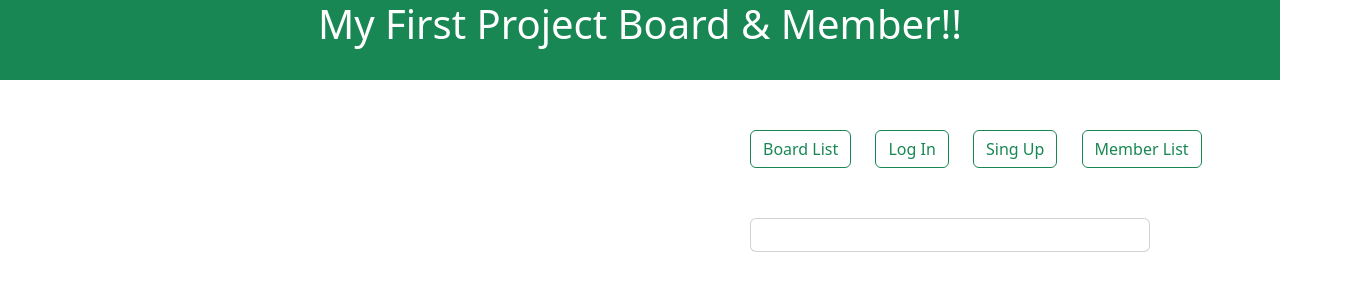
Repository: Raneechoi/java2022_09_03
Page: http://localhost/Project/mem/login_auth
The author's editor kept a copy of each file at every save. The page is drawn from the files as they stood at one save, then again after the next save.
The browser window is 1280 px wide. The page is 1350 px wide, so the pictures cover 1350 px, including what lies to the right of the window. The pictures show the whole page.
The page is served by Tomcat 9. Other server files are loaded and not shown. Queries for data that is not in the repository find no rows.

Above is the page before, as saved 2022-12-08 06:16:25.

### JSP_Board&Member/Project/src/main/webapp/index.jsp
<%@ page language="java" contentType="text/html; charset=UTF-8"
    pageEncoding="UTF-8"%>
<%@ taglib uri="http://java.sun.com/jsp/jstl/core" prefix="c" %>
<!DOCTYPE html>
<html>
<head>
<meta charset="UTF-8">
<title>Insert title here</title>
<!-- CSS only -->
<link href="https://cdn.jsdelivr.net/npm/bootstrap@5.2.2/dist/css/bootstrap.min.css" rel="stylesheet" integrity="sha384-Zenh87qX5JnK2Jl0vWa8Ck2rdkQ2Bzep5IDxbcnCeuOxjzrPF/et3URy9Bv1WTRi" crossorigin="anonymous">
<!-- JavaScript Bundle with Popper -->
<script src="https://cdn.jsdelivr.net/npm/bootstrap@5.2.2/dist/js/bootstrap.bundle.min.js" integrity="sha384-OERcA2EqjJCMA+/3y+gxIOqMEjwtxJY7qPCqsdltbNJuaOe923+mo//f6V8Qbsw3" crossorigin="anonymous"></script>
</head>
<body>
<div style="height: 80px; color:white; background-color: #198754;">
	<h1 style="text-align: center;">My First Project Board & Member!!</h1>
</div>

<div style="width: 600px; display:inline-block; margin-left: 750px; margin-top: 50px;">
		<a href="/bor/pageList" style="margin-right: 20px"><button class="btn btn-outline-success">Board List</button></a>
		<a href="/mem/login" style="margin-right: 20px"><button class="btn btn-outline-success">Log In</button></a>
		<a href="/mem/join" style="margin-right: 20px"><button class="btn btn-outline-success">Sing Up</button></a>
		<a href="/mem/list" ><button class="btn btn-outline-success">Member List</button></a>
</div>

<div class="card" style="width: 400px; display:inline-flex; margin-left: 750px; margin-top: 50px; ">
	 <div class="card-body" style="text-align: center;">
		<c:if test="${ses.email ne null && ses.email ne '' }">
			${ses.email } login 하였습니다. <br>
			계정생성일 : ${ses.reg_at } <br>
			마지막 접속 : ${ses.last_login } <br>
			<a href="/mem/modify?email=${ses.email }"><button type="button" class="btn btn-success" style="margin-top: 20px">회원정보 수정</button></a>
			<a href="/mem/logout?email=${ses.email }"><button type="button" class="btn btn-secondary" style="margin-top: 20px">로그아웃</button></a><br>
		</c:if>

		<c:if test="${ses.email ne null && ses.email ne '' }">
			<a href="/bor/register" ><button class="btn btn-success" style="margin-top: 20px">Board Register</button></a>
			<a href="/bor/list"><button class="btn btn-success" style="margin-top: 20px">My Board List</button></a><br>
		</c:if>
	</div>
</div>

<div style="margin-left: 900px; margin-top: 50px; ">
	<c:if test="${ses.email ne null && ses.email ne '' }">
		<a href="/mem/remove?email=${ses.email }"><button class="btn btn-outline-secondary">회원탈퇴</button></a>
	</c:if>
</div>
</body>
</html>

### JSP_Board&Member/Project/src/main/java/controller/MemberController.java
package controller;

import java.io.IOException;
import java.util.List;

import javax.servlet.RequestDispatcher;
import javax.servlet.ServletException;
import javax.servlet.annotation.WebServlet;
import javax.servlet.http.HttpServlet;
import javax.servlet.http.HttpServletRequest;
import javax.servlet.http.HttpServletResponse;
import javax.servlet.http.HttpSession;

import org.slf4j.Logger;
import org.slf4j.LoggerFactory;

import domain.MemberVO;
import service.MemberService;
import service.MemberServiceImpl;


@WebServlet("/mem/*")
public class MemberController extends HttpServlet {
	private static final long serialVersionUID = 1L;
	private static final Logger log = LoggerFactory.getLogger(MemberController.class);
    private RequestDispatcher rdp;
    private String destPage; //목적지 주소 기록 변수
    private int isOK;

    private MemberService msv; // interface로 생성 - service패키지에

    public MemberController() {
    	msv = new MemberServiceImpl();
    }

	protected void service(HttpServletRequest req, HttpServletResponse res) throws ServletException, IOException {
		req.setCharacterEncoding("utf-8");
		res.setCharacterEncoding("utf-8");
		res.setContentType("text/html; charset=utf-8");

		String uri = req.getRequestURI();
		String path = uri.substring(uri.lastIndexOf("/")+1);

		log.info(">>> URI > "+uri);
		log.info(">>> Path > "+path);
		switch (path) {
		case "login":
			destPage = "/member/login.jsp";
			break;

		case "login_auth":
			try {
				MemberVO mvo = msv.login(
						new MemberVO(
								req.getParameter("email"),
								req.getParameter("pwd")
								));
				log.info("login 객체 input");
				if(mvo != null) {
					//세션 가져오기. 연결된 세션이 없다면 새로 생성
					HttpSession ses = req.getSession();
					//ses로 mvo를 바인딩
					ses.setAttribute("ses", mvo);
					ses.setMaxInactiveInterval(10*60);  // 로그인 유지시간(10분)
				}else {
					req.setAttribute("msg_login", 0);
				}
				destPage="/";

			} catch (Exception e) {
				// TODO: handle exception
				e.printStackTrace();
			}
			break;

		case "join":
			try {
				destPage = "/member/join.jsp";
			} catch (Exception e) {
				e.printStackTrace();
			}
			break;

		case "register":
			isOK = msv.register(new MemberVO(
					req.getParameter("email"),
					req.getParameter("pwd"),
					req.getParameter("nick_name")
					));
			log.info(">>> join > "+(isOK > 0 ?"ok" :"fail"));
			destPage="login";
			break;

		case "logout":
			// 연결된 세션이 있다면 해당 세션을 가져오기
			try {
				HttpSession ses = req.getSession();
				ses.invalidate();  // 세션 끊기
				// 로그인된 email을 주고 로그인 시간 update
				isOK = msv.lastLogin(req.getParameter("email"));
				log.info(">>> lastLogin > "+(isOK > 0 ?"ok" :"fail"));
				destPage="/index.jsp";
			} catch (Exception e) {
				e.printStackTrace();
			}
			break;

		case "list":
			try {
				List<MemberVO> list = msv.getlist();
				req.setAttribute("list", list);
				destPage="/member/list.jsp";
			} catch (Exception e) {
				e.printStackTrace();
			}
			break;

		case "modify":
			try {
				log.info("modify check 1");
				MemberVO mvo = msv.selectOne(req.getParameter("email"));
				req.setAttribute("mvo", mvo);

				log.info("modify check 2");
				destPage = "/member/update.jsp";
			} catch (Exception e) {
				e.printStackTrace();
			}
			break;

		case "update":
			try {
				MemberVO mvo = new MemberVO(req.getParameter("email"), req.getParameter("pwd"), req.getParameter("nick_name"));
				int isOk = msv.update(mvo);
				destPage = "/";
			} catch (Exception e) {
				e.printStackTrace();
			}
			break;

		case "remove":
			try {
				HttpSession ses = req.getSession();
				ses.invalidate();  // 세션 끊기
				// 로그인된 email을 주고 로그인 시간 update
				isOK = msv.remove(req.getParameter("email"));
				log.info(">>> remove > "+(isOK > 0 ?"ok" :"fail"));
				destPage="/";

			} catch (Exception e) {
				e.printStackTrace();
			}
			break;

		default:
			break;
		}
		// 목적지 주소 값 세팅
		rdp = req.getRequestDispatcher(destPage);
		// 정보 싣고 보내기
		rdp.forward(req, res);
	}

	protected void doGet(HttpServletRequest req, HttpServletResponse res) throws ServletException, IOException {
		service(req, res);
	}

	protected void doPost(HttpServletRequest req, HttpServletResponse res) throws ServletException, IOException {
		service(req, res);
	}
}

### JSP_Board&Member/Project/src/main/java/service/MemberServiceImpl.java
package service;

import java.util.List;

import org.slf4j.Logger;
import org.slf4j.LoggerFactory;

import controller.MemberController;
import domain.MemberVO;
import repository.MemberDAO;
import repository.MemberDAOImpl;

public class MemberServiceImpl implements MemberService {

	private MemberDAO mdao;
	private static final Logger log = LoggerFactory.getLogger(MemberController.class);

	public MemberServiceImpl() {
		mdao = new MemberDAOImpl();
	}

	@Override
	public MemberVO login(MemberVO mvo) {
		log.info("login check 2");
		return mdao.selectOne(mvo);
	}

	@Override
	public int register(MemberVO mvo) {
		log.info("register check 2");
		return mdao.insert(mvo);
	}

	@Override
	public int lastLogin(String email) {
		log.info("lastLogin check 2");
		return mdao.update(email);
	}

	@Override
	public List<MemberVO> getlist() {
		log.info("list check 2");
		return mdao.listall();
	}

	@Override
	public int modify(MemberVO mvo) {
		log.info("modify check 2");
		return mdao.update(mvo);
	}

	@Override
	public MemberVO selectOne(String email) {
		// TODO Auto-generated method stub
		return mdao.selectOne(email);
	}

	@Override
	public int update(MemberVO mvo) {
		// TODO Auto-generated method stub
		return mdao.update(mvo);
	}

	@Override
	public int remove(String email) {
		// TODO Auto-generated method stub
		return mdao.remove(email);
	}
}

### JSP_Board&Member/Project/src/main/java/repository/MemberDAO.java
package repository;

import java.util.List;

import domain.MemberVO;

public interface MemberDAO {

	MemberVO selectOne(MemberVO mvo);

	int insert(MemberVO mvo);

	int update(String email);

	List<MemberVO> listall();

	int update(MemberVO mvo);

	MemberVO selectOne(String email);

	int remove(String email);

}

### JSP_Board&Member/Project/src/main/java/repository/MemberDAOImpl.java
package repository;

import java.util.List;

import org.apache.ibatis.session.SqlSession;
import org.slf4j.Logger;
import org.slf4j.LoggerFactory;

import domain.MemberVO;
import orm.DatabaseBuilder;

public class MemberDAOImpl implements MemberDAO {

	private static final Logger log = LoggerFactory.getLogger(MemberDAOImpl.class);
	private SqlSession sql;
	private final String NS = "MemberMapper.";

	public MemberDAOImpl() {
		new DatabaseBuilder();
		sql = DatabaseBuilder.getFactory().openSession();
	}

	@Override
	public MemberVO selectOne(MemberVO mvo) {
		log.info("login check 3");
		return sql.selectOne(NS+"login",mvo);
	}

	@Override
	public int insert(MemberVO mvo) {
		log.info("join check 3");
		int isOK = sql.insert(NS+"reg",mvo);
		if(isOK > 0) {
			sql.commit();
		}
		return isOK;
	}

	@Override
	public int update(String email) {
		log.info("lastLogin check 3");
		int isOK = sql.update(NS+"last", email);
		if(isOK > 0) sql.commit();
		return isOK;
	}

	@Override
	public List<MemberVO> listall() {
		log.info("list check 3");
		return sql.selectList(NS+"list");
	}

	@Override
	public int update(MemberVO mvo) {
		log.info("modify check 3");
		int isOK = sql.update(NS+"modify",mvo);
		if(isOK > 0) sql.commit();
		return isOK;
	}

	@Override
	public MemberVO selectOne(String email) {
		// TODO Auto-generated method stub
		return sql.selectOne(NS+"getOne", email);
	}

	@Override
	public int remove(String email) {
		// TODO Auto-generated method stub
		int isOK = sql.delete(NS+"remove",email);
		if(isOK > 0) sql.commit();
		return isOK;
	}

}

### JSP_Board&Member/Project/src/main/java/orm/DatabaseBuilder.java
package orm;

import org.apache.ibatis.io.Resources;
import org.apache.ibatis.session.SqlSessionFactory;
import org.apache.ibatis.session.SqlSessionFactoryBuilder;

public class DatabaseBuilder {

	private static SqlSessionFactory factory;

	static {
		try {
			factory = new SqlSessionFactoryBuilder()
					.build(Resources.getResourceAsReader("orm/MybatisConfig.xml"));
		} catch (Exception e) {
			e.printStackTrace();
		}
	}

	public static SqlSessionFactory getFactory() {
		return factory;
	}

}

### JSP_Board&Member/Project/src/main/java/domain/MemberVO.java
package domain;

public class MemberVO {

	private String email;
	private String pwd;
	private String nick_name;
	private String reg_at;
	private String last_login;

	public MemberVO() {}

	//login : email, pwd
	public  MemberVO(String email, String pwd) {
		this.email = email;
		this.pwd = pwd;
	}

	// join,modify : email, pwd, nick_name
	public MemberVO(String email, String pwd, String nick_name) {
		this.email = email;
		this.pwd = pwd;
		this.nick_name = nick_name;
	}

	// list : all
	public MemberVO(String email, String pwd, String nick_name, String reg_at, String last_login) {
		this.email = email;
		this.pwd = pwd;
		this.nick_name = nick_name;
		this.reg_at = reg_at;
		this.reg_at = last_login;
	}

	public String getEmail() {
		return email;
	}

	public void setEmail(String email) {
		this.email = email;
	}

	public String getPwd() {
		return pwd;
	}

	public void setPwd(String pwd) {
		this.pwd = pwd;
	}

	public String getNick_name() {
		return nick_name;
	}

	public void setNick_name(String nick_name) {
		this.nick_name = nick_name;
	}

	public String getReg_at() {
		return reg_at;
	}

	public void setReg_at(String reg_at) {
		this.reg_at = reg_at;
	}

	public String getLast_login() {
		return last_login;
	}

	public void setLast_login(String last_login) {
		this.last_login = last_login;
	}

}

### JSP_Board&Member/Project/src/main/java/domain/BoardVO.java
package domain;

public class BoardVO {

	private int bno;
	private String title;
	private String writer;
	private String content;
	private String reg_date;
	private int read_count;
	private String image_file;

	public BoardVO() {}

	// insert(title, writer, content)
	public BoardVO(String title, String writer, String content) {
		this.title = title;
		this.writer = writer;
		this.content = content;
	}

	// list(bno, title, writer, reg_date, read_count)
	public BoardVO(int bno, String title, String writer, String reg_date, int read_count) {
		this.bno = bno;
		this.title = title;
		this.writer = writer;
		this.reg_date = reg_date;
		this.read_count = read_count;
	}

	// detail (all)
	public BoardVO(int bno, String title, String writer, String content, String reg_date, int read_count, String image_file) {
		this.bno = bno;
		this.title = title;
		this.writer = writer;
		this.content = content;
		this.reg_date = reg_date;
		this.read_count = read_count;
		this.image_file = image_file;
	}

	// update(bno, title, content)
	public BoardVO(int bno, String title, String content) {
		this.bno = bno;
		this.title = title;
		this.content = content;
	}

	//(bno, read_count)
	public BoardVO(int bno, int read_count) {
		this.bno = bno;
		this.read_count = read_count;
	}

	public int getBno() {
		return bno;
	}

	public void setBno(int bno) {
		this.bno = bno;
	}

	public String getTitle() {
		return title;
	}

	public void setTitle(String title) {
		this.title = title;
	}

	public String getWriter() {
		return writer;
	}

	public void setWriter(String writer) {
		this.writer = writer;
	}

	public String getContent() {
		return content;
	}

	public void setContent(String content) {
		this.content = content;
	}

	public String getReg_date() {
		return reg_date;
	}

	public void setReg_date(String reg_date) {
		this.reg_date = reg_date;
	}

	public int getRead_count() {
		return read_count;
	}

	public void setRead_count(int read_count) {
		this.read_count = read_count;
	}

	public String getImage_file() {
		return image_file;
	}

	public void setImage_file(String image_file) {
		this.image_file = image_file;
	}

}

### JSP_Board&Member/Project/src/main/java/domain/PagingVO.java
package domain;

public class PagingVO {

	private int pageNo;  // 현재 화면에 출력되는 페이지네이션 번호
	private int qty;     // 한 페이지당 보여줄 게시글 수

	public PagingVO() {  // 페이지네이션을 클릭하기 전 기본 리스트 출력 값
		this(1,10);
	}

	public PagingVO(int pageNo, int qty) {
		this.pageNo = pageNo;
		this.qty = qty;
	}

	public int getPageStart() {
		return (this.pageNo-1)*qty;   // 시작페이지 번호 구하기
	}

	public int getPageNo() {
		return pageNo;
	}

	public void setPageNo(int pageNo) {
		this.pageNo = pageNo;
	}

	public int getQty() {
		return qty;
	}

	public void setQty(int qty) {
		this.qty = qty;
	}


}

### JSP_Board&Member/Project/src/main/java/domain/CommentVO.java
package domain;

public class CommentVO {

	private int cno;
	private int bno;
	private String writer;
	private String content;
	private String reg_at;

	public CommentVO() { }

	// post(bno, writer, content)
	public CommentVO(int bno, String writer, String content) {
		this.bno = bno;
		this.writer = writer;
		this.content = content;
	}

	// modify
	public CommentVO(int cno, String content) {
		this.cno = cno;
		this.content = content;
	}

	// list(bno, cno, writer, content, reg_at)
	public CommentVO(int cno, int bno, String writer, String content, String reg_at) {
		this.cno = cno;
		this.bno = bno;
		this.writer = writer;
		this.content = content;
		this.reg_at = reg_at;
	}

	public int getCno() {
		return cno;
	}

	public void setCno(int cno) {
		this.cno = cno;
	}

	public int getBno() {
		return bno;
	}

	public void setBno(int bno) {
		this.bno = bno;
	}

	public String getWriter() {
		return writer;
	}

	public void setWriter(String writer) {
		this.writer = writer;
	}

	public String getContent() {
		return content;
	}

	public void setContent(String content) {
		this.content = content;
	}

	public String getReg_at() {
		return reg_at;
	}

	public void setReg_at(String reg_at) {
		this.reg_at = reg_at;
	}


}

After the next save:
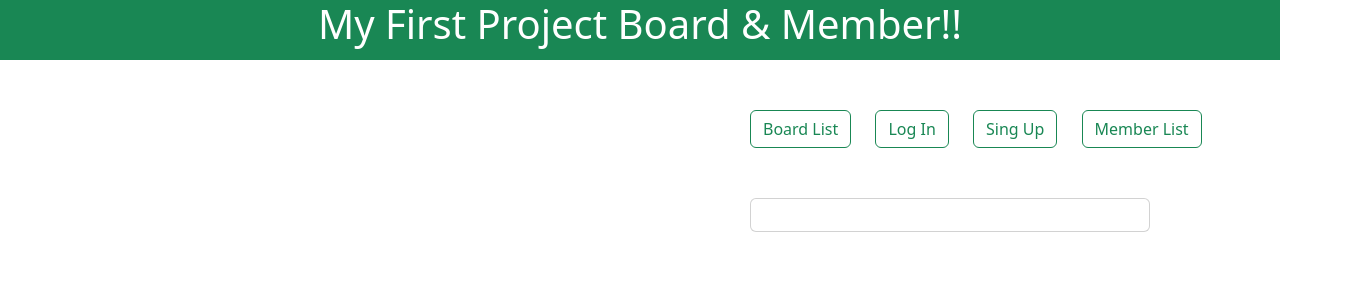
Saved 6 s later.
--- a/JSP_Board&Member/Project/src/main/webapp/index.jsp
+++ b/JSP_Board&Member/Project/src/main/webapp/index.jsp
@@ -12,7 +12,7 @@
 <script src="https://cdn.jsdelivr.net/npm/bootstrap@5.2.2/dist/js/bootstrap.bundle.min.js" integrity="sha384-OERcA2EqjJCMA+/3y+gxIOqMEjwtxJY7qPCqsdltbNJuaOe923+mo//f6V8Qbsw3" crossorigin="anonymous"></script>
 </head>
 <body>
-<div style="height: 80px; color:white; background-color: #198754;">
+<div style="height: 60px; color:white; background-color: #198754;">
 	<h1 style="text-align: center;">My First Project Board & Member!!</h1>
 </div>
 
